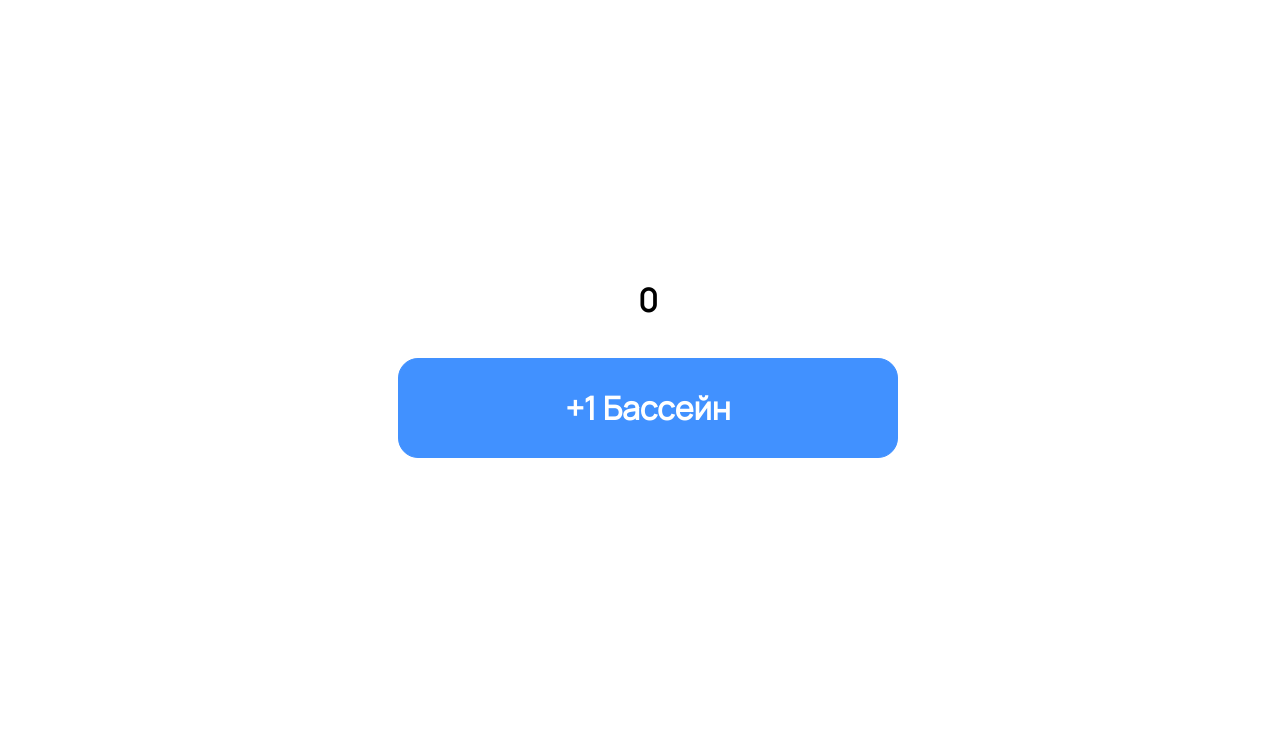
Repository: Huseynov98/js-practice
Page: index.html
The author's editor kept a copy of each file at every save. The page is drawn from the files as they stood at one save, then again after a run of saves.
The browser window is 1280 px wide. The page is 1288 px wide, so the pictures cover 1288 px, including what lies to the right of the window. The pictures show the whole page.

Above is the page before, as saved 2023-05-15 10:27:25.

### index.html
<!DOCTYPE html>
<html lang="en">

<head>
    <meta charset="UTF-8">
    <meta http-equiv="X-UA-Compatible" content="IE=edge">
    <meta name="viewport" content="width=device-width, initial-scale=1.0">
    <link rel="shortcut icon" href="./resources/favicon.png" type="image/x-icon">
    <link rel="preconnect" href="https://fonts.googleapis.com">
    <link rel="preconnect" href="https://fonts.gstatic.com" crossorigin>
    <link href="https://fonts.googleapis.com/css2?family=Manrope&display=swap" rel="stylesheet">
    <link rel="stylesheet" href="./CSS/index.css">
    <title> Counter App </title>
</head>

<body>
    <div class="counter">
        <div class="counter__value">0</div>
        <button class="counter__addButton">+1 Бассейн</button>
    </div>




    <script src="./JS/index.js"></script>
</body>

</html>

### CSS/index.css
body {
  width: 100%;
  height: 100vh;
  font-family: "Manrope", sans-serif;
  font-weight: 700;
  font-size: 32px;
  line-height: 44px;
  overflow-x: hidden;
}
.counter {
  margin: 0 auto;
  width: 1150px;
  height: 100vh;
  display: flex;
  align-items: center;
  justify-content: center;
  flex-direction: column;
  gap: 36px;
}
.counter__addButton {
  font-family: "Manrope", sans-serif;
  width: 500px;
  height: 100px;
  background: #4191ff;
  border-radius: 20px;
  border: 1px solid #4191ff;
  color: #ffffff;
  cursor: pointer;
  font-weight: 700;
  font-size: 32px;
  line-height: 44px;
}

Loaded but not shown: JS/index.js (empty)

After the next 2 saves:
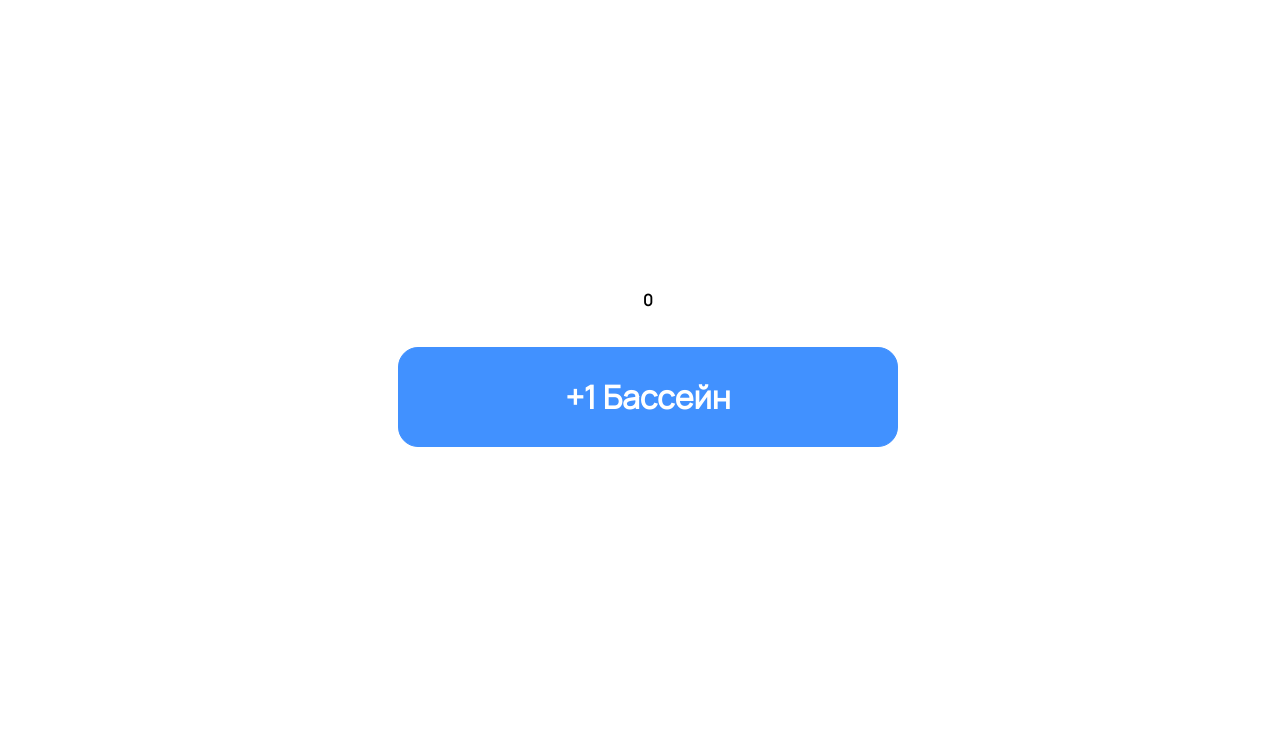
The 2 saves are shown as one change because they came seconds apart.
The last was saved 8 s later.
--- a/CSS/index.css
+++ b/CSS/index.css
@@ -3,8 +3,6 @@
   height: 100vh;
   font-family: "Manrope", sans-serif;
   font-weight: 700;
-  font-size: 32px;
-  line-height: 44px;
   overflow-x: hidden;
 }
 .counter {

After the save that followed:
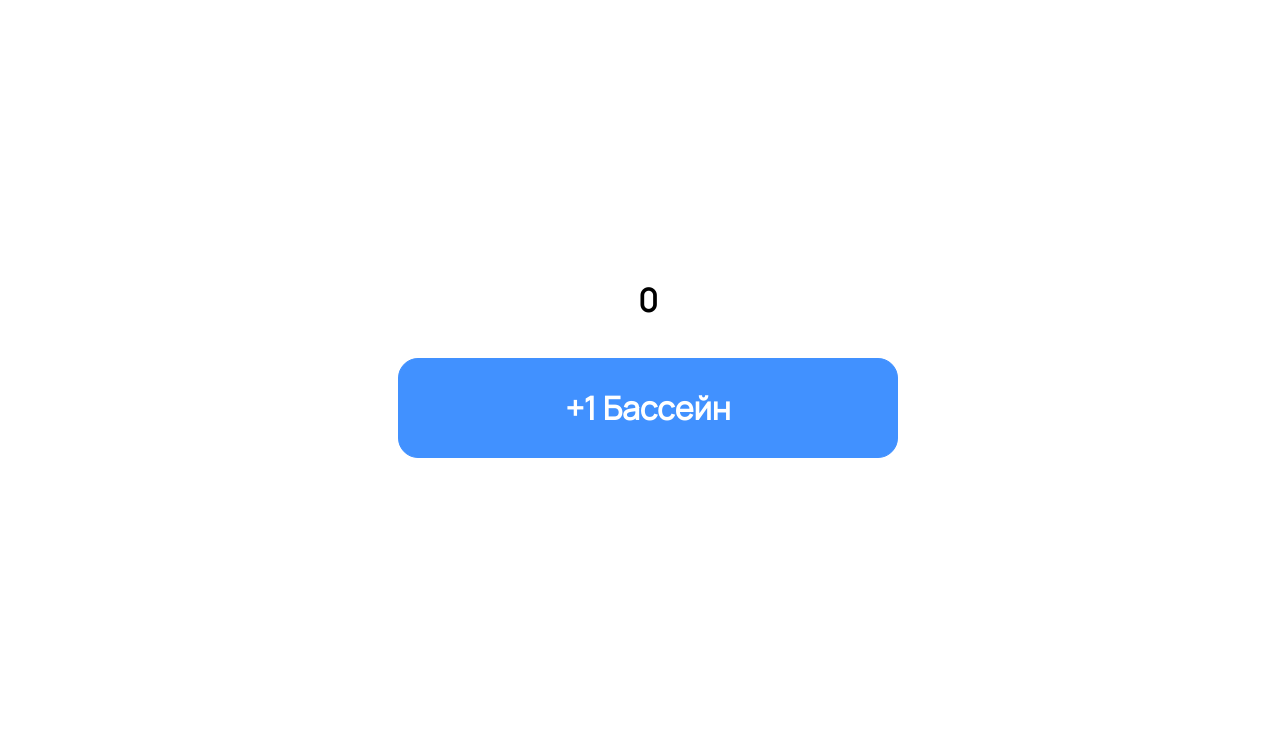
Saved 6 s later.
--- a/CSS/index.css
+++ b/CSS/index.css
@@ -3,6 +3,8 @@
   height: 100vh;
   font-family: "Manrope", sans-serif;
   font-weight: 700;
+  font-size: 32px;
+  line-height: 44px;
   overflow-x: hidden;
 }
 .counter {
